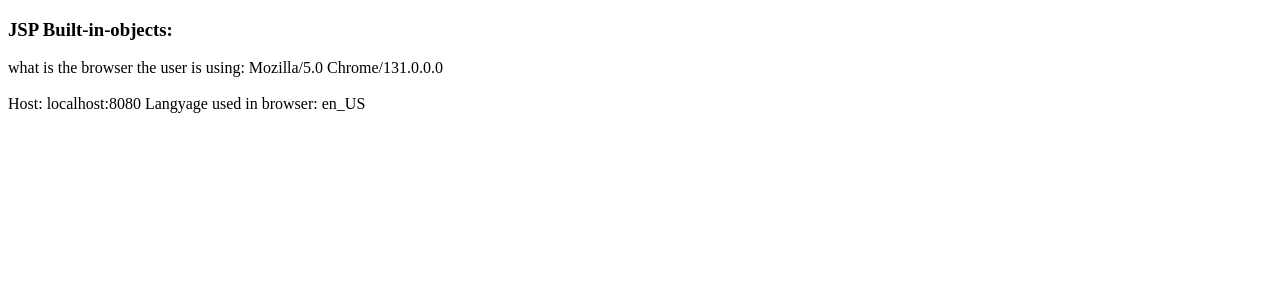
Repository: keerthana-777/01-helloworld
Page: http://localhost/01-helloworld/builtin-test.jsp
An editor plug-in stored every save of this project. The page is shown before and after the next save, followed by the edit.
The browser window is 1280 px wide. The pictures show the whole page.
The page is served by Tomcat 9. Other server files are loaded and not shown.

Above is the page before, as saved 2022-04-13 14:36:00.

### eclipse-workspace/01-helloworld/src/main/webapp/builtin-test.jsp
<%@ page language="java" contentType="text/html; charset=ISO-8859-1"
    pageEncoding="ISO-8859-1"%>
<!DOCTYPE html>
<html>
<head>
<meta charset="ISO-8859-1">
<title>Insert title here</title>
</head>
<body>
  <h3>JSP Built-in-objects:</h3>

  what is the browser the user is using: <%= request.getHeader("user-Agent") %>
   <br/> <br/>
  Host: <%= request.getHeader("Host") %>
  Langyage used in browser: <%= request.getLocale() %>
</body>
</html>

After the next save:
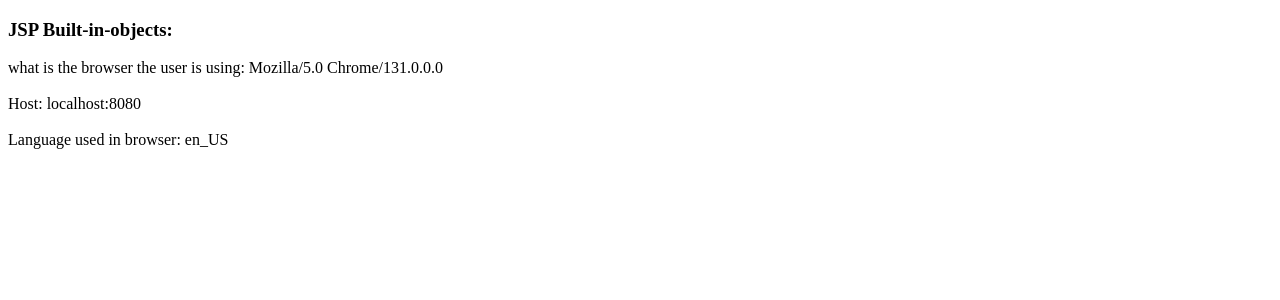
Saved 49 s later.
--- a/eclipse-workspace/01-helloworld/src/main/webapp/builtin-test.jsp
+++ b/eclipse-workspace/01-helloworld/src/main/webapp/builtin-test.jsp
@@ -12,6 +12,7 @@
   what is the browser the user is using: <%= request.getHeader("user-Agent") %>
    <br/> <br/>
   Host: <%= request.getHeader("Host") %>
-  Langyage used in browser: <%= request.getLocale() %>
+  <br/><br/>
+  Language used in browser: <%= request.getLocale() %>
 </body>
 </html>
